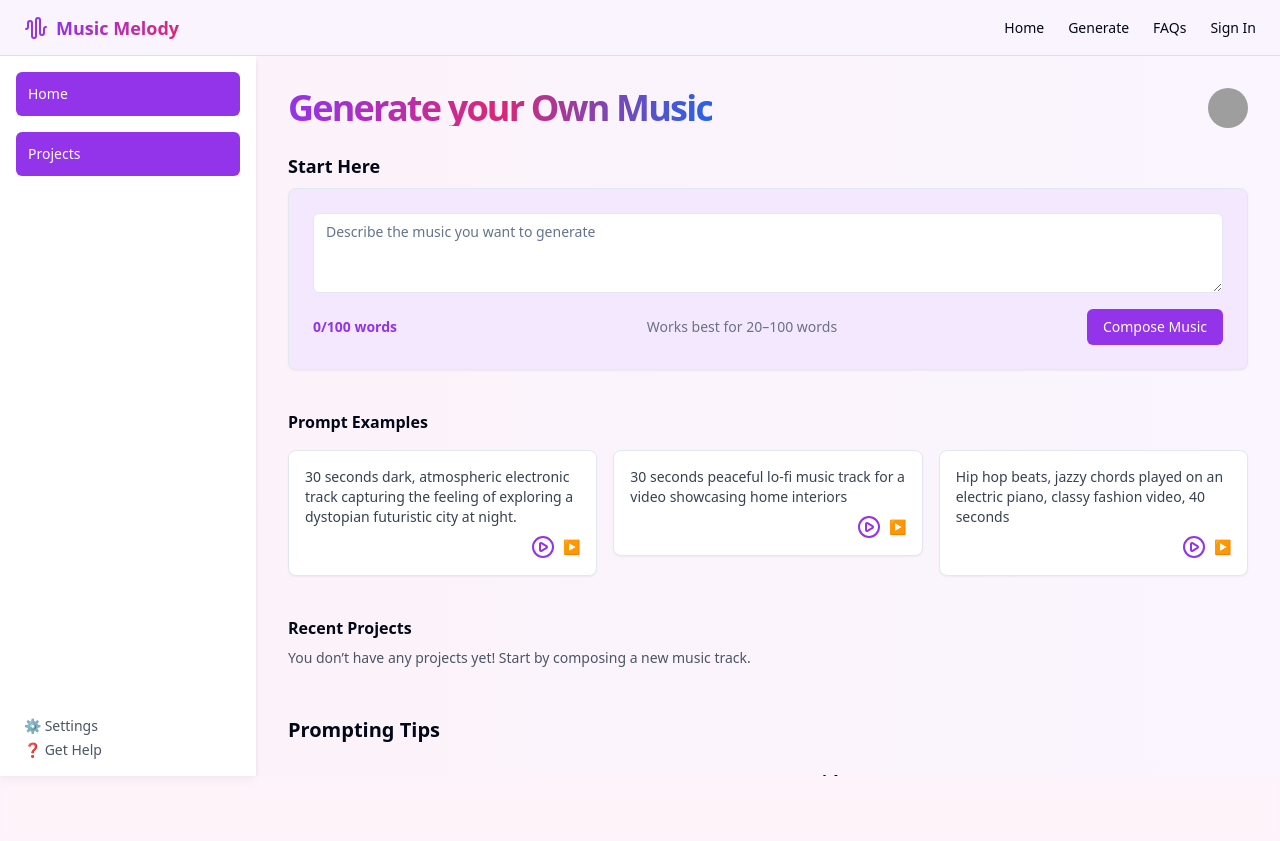
Repository: Aadityakesarwani/musicMelody
Page: /MusicMelodyUI
The author's editor kept a copy of each file at every save. The page is drawn from the files as they stood at one save, then again after the next save.
The browser window is 1280 px wide. The pictures show the whole page.
Pictures or frames that could not be fetched are drawn as grey boxes. An inner scrolling area shows only its first screen. The project was rebuilt for these pictures with package versions that can differ from the ones it lists, and the page was loaded fresh each time. Also part of the build but not shown: vite.config.js, src/components/ui/accordion.jsx, src/components/Faq.jsx, src/components/Hero.jsx, src/components/HowItWorks.jsx, src/context/AuthContext.jsx, src/components/SignIn.jsx, src/components/MusicSection.jsx and 7 more. Imported but missing from the stored project, and not drawn on this page: src/assets/1.mp4, src/assets/2.mp4, src/assets/3.mp4, src/assets/4.mp4, src/assets/5.mp4.

Above is the page before, as saved 2025-04-13 19:20:04.

### src/main.jsx
import './polyfills';
import React from 'react'
import ReactDOM from 'react-dom/client'
import App from './App'
import './index.css'

ReactDOM.createRoot(document.getElementById('root')).render(
  <React.StrictMode>
    <App />
  </React.StrictMode>,
)

### src/polyfills.js
// Add global polyfill for browser environment
if (typeof global === 'undefined') {
  window.global = window;
}

### src/App.jsx
import { BrowserRouter } from "react-router-dom";
import { Route, Routes } from "react-router-dom";

import FAQ from "./components/Faq";
import Footer from "./components/Footer";
import Header from "./components/Header";
import Hero from "./components/Hero";
import HowItWorks from "./components/HowItWorks";
import LoginSignUpPage from "./components/SignIn";
import MusicSection from "./components/MusicSection";
import MusicLandingPage from "./components/MusicLandingPage";
import MusicMelodyUI from "./components/MusicMelodyUI";
import CTA from "./components/Cta";
import ProjectDetails from "./components/ProjectDetails";
import Pricing from "./components/Pricing";
import TermsOfService from "./components/TermsOfService";
import Home from "./components/Home";

function App() {
  return (
    <BrowserRouter>
      <div className="flex flex-col min-h-screen bg-gradient-to-b from-purple-100 to-pink-100 dark:from-purple-900 dark:to-pink-900">
        <Header />
        <main className="flex-1">
          <Routes>
            <Route path="/LoginSignUpPage" element={<LoginSignUpPage />} />
            <Route path="/MusicLandingPage" element={<MusicLandingPage />} />
            <Route path="/MusicMelodyUI" element={<MusicMelodyUI />} />
            <Route path="/ProjectDetails" element={<ProjectDetails />} />
            <Route path="/Pricing" element={<Pricing />} />
            <Route path="/TermsOfService" element={<TermsOfService />} />
            <Route path="/Home" element={<Home />} />
            <Route
              path="/"
              element={
                <div className="flex flex-col gap-8">
                  <section id="hero">
                    <Hero />
                  </section>
                  <section id="music-section">
                    <MusicSection />
                  </section>
                  <section id="howitworks">
                    <HowItWorks />
                  </section>
                  <section id="faqs">
                    <FAQ />
                  </section>
                  <section id="cta">
                    <CTA />
                  </section>
                </div>
              }
            />
          </Routes>
        </main>
        <Footer />
      </div>
    </BrowserRouter>
  );
}

export default App;

### src/components/Footer.jsx
import React from 'react';
import { Link } from 'react-router-dom'; // Import Link from react-router-dom

export default function Footer() {
  return (
    <footer className="flex flex-col gap-2 sm:flex-row py-6 w-full shrink-0 items-center px-4 md:px-6 border-t bg-white/50 backdrop-blur-sm dark:bg-gray-800/50">
      <p className="text-xs text-gray-600 dark:text-gray-400">
        © {new Date().getFullYear()} Music Melody. All rights reserved.
      </p>
      <nav className="sm:ml-auto flex gap-4 sm:gap-6">
        {/* Link to the Terms of Service page */}
        <Link
          className="text-xs hover:underline underline-offset-4 text-gray-600 hover:text-purple-600 dark:text-gray-400 dark:hover:text-purple-400"
          to="/TermsOfService" // Use the path you defined for Terms of Service in your router
        >
          Terms of Service
        </Link>
        <Link
          className="text-xs hover:underline underline-offset-4 text-gray-600 hover:text-purple-600 dark:text-gray-400 dark:hover:text-purple-400"
          to="/Privacy" // Use the path you defined for Privacy Policy in your router
        >
          Privacy
        </Link>
      </nav>
    </footer>
  );
}

### src/components/Header.jsx
import { AudioWaveform, Menu, X } from "lucide-react";
import { Link, useLocation } from "react-router-dom";
import { useState } from "react";

export default function Header() {
  const location = useLocation();
  const [isMenuOpen, setIsMenuOpen] = useState(false);

  const scrollToSection = (sectionId) => {
    if (location.pathname === '/') {
      const element = document.getElementById(sectionId);
      if (element) {
        element.scrollIntoView({ behavior: 'smooth' });
      }
    }
    setIsMenuOpen(false);
  };

  return (
    <header className="sticky top-0 z-50 px-4 lg:px-6 h-14 flex items-center border-b border-purple-200 dark:border-purple-800 bg-white/50 backdrop-blur-sm dark:bg-gray-800/50">
      <Link
        to="/"
        onClick={() => scrollToSection('hero')}
        className="flex items-center justify-center"
      >
        <AudioWaveform className="h-6 w-6 text-purple-600 dark:text-purple-400" />
        <span className="ml-2 text-lg font-bold bg-clip-text text-transparent bg-gradient-to-r from-purple-600 to-pink-600 dark:from-purple-400 dark:to-pink-400">
          Music Melody
        </span>
      </Link>

      {/* Hamburger Menu */}
      <button
        onClick={() => setIsMenuOpen(!isMenuOpen)}
        className="ml-auto md:hidden"
      >
        {isMenuOpen ? (
          <X className="h-6 w-6 text-purple-600 dark:text-purple-400" />
        ) : (
          <Menu className="h-6 w-6 text-purple-600 dark:text-purple-400" />
        )}
      </button>

      {/* Desktop Navigation */}
      <nav className="ml-auto hidden md:flex gap-4 sm:gap-6">
        <Link
          to="/"
          onClick={() => scrollToSection('hero')}
          className="text-sm font-medium hover:text-purple-600 dark:hover:text-purple-400 transition-colors"
        >
          Home
        </Link>
        <Link
          to="/MusicLandingPage"
          className="text-sm font-medium hover:text-purple-600 dark:hover:text-purple-400 transition-colors"
        >
          Generate
        </Link>
        <Link
          to="/"
          onClick={() => scrollToSection('faqs')}
          className="text-sm font-medium hover:text-purple-600 dark:hover:text-purple-400 transition-colors"
        >
          FAQs
        </Link>
        <Link
          to="/LoginSignUpPage"
          className="text-sm font-medium hover:text-purple-600 dark:hover:text-purple-400 transition-colors"
        >
          Sign In
        </Link>
      </nav>

      {/* Mobile Navigation */}
      {isMenuOpen && (
        <div className="absolute top-14 left-0 right-0 bg-white dark:bg-gray-800 border-b border-purple-200 dark:border-purple-800 md:hidden">
          <nav className="flex flex-col p-4">
            <Link
              to="/"
              onClick={() => scrollToSection('hero')}
              className="py-2 text-sm font-medium hover:text-purple-600 dark:hover:text-purple-400 transition-colors"
            >
              Home
            </Link>
            <Link
              to="/"
              onClick={() => scrollToSection('generator')}
              className="py-2 text-sm font-medium hover:text-purple-600 dark:hover:text-purple-400 transition-colors"
            >
              Generate
            </Link>
            <Link
              to="/"
              onClick={() => scrollToSection('faqs')}
              className="py-2 text-sm font-medium hover:text-purple-600 dark:hover:text-purple-400 transition-colors"
            >
              FAQs
            </Link>
            <Link
              to="/LoginSignUpPage"
              className="py-2 text-sm font-medium hover:text-purple-600 dark:hover:text-purple-400 transition-colors"
            >
              Sign In
            </Link>
          </nav>
        </div>
      )}
    </header>
  );
}

### src/components/MusicMelodyUI.jsx
import { motion } from "framer-motion";
import { Button } from "./ui/button";
import { Link } from "react-router-dom";
import { Card } from "./ui/card";
import { Avatar, AvatarImage } from "./ui/avatar";
import { Textarea } from "./ui/textarea";
import { CirclePlay } from "lucide-react";

export default function MusicMelodyUI() {
  return (
    <div className="flex h-screen bg-gradient-to-r from-pink-50 to-purple-50">
      {/* Sidebar */}
      <aside className="w-1/5 p-4 bg-white shadow-md flex flex-col justify-between">
        <div>
          <nav className="space-y-2">
            <Link to="/MusicLandingPage">
              <Button variant="default" className="w-full justify-start bg-purple-600 hover:bg-purple-700 text-white px-3 py-3 mb-4">
                Home
              </Button>
            </Link>
            <Link to="/ProjectDetails">
              <Button variant="outline" className="w-full justify-start bg-purple-600 hover:bg-purple-700 text-white px-3 py-3">
                Projects
              </Button>
            </Link>
          </nav>
        </div>
        <div className="space-y-1 text-sm text-gray-600 pl-2">
          <div className="cursor-pointer">⚙️ Settings</div>
          <div className="cursor-pointer">❓ Get Help</div>
        </div>
      </aside>

      {/* Main Content */}
      <main className="flex-1 p-8 overflow-auto">
        {/* Header */}
        <motion.header
          initial={{ opacity: 0 }}
          animate={{ opacity: 1 }}
          transition={{ duration: 0.5 }}
          className="flex justify-between items-center"
        >
          <h1 className="text-2xl font-bold tracking-tighter sm:text-2xl md:text-2xl lg:text-4xl/none bg-clip-text text-transparent
           bg-gradient-to-r from-purple-600 via-pink-600 to-blue-600 dark:from-purple-400
           dark:via-pink-400 dark:to-blue-400">
            Generate your Own Music
          </h1>
          <Avatar>
            <AvatarImage src="https://github.com/shadcn.png" alt="User avatar" />
          </Avatar>
        </motion.header>

        {/* Input Section */}
        <section className="mt-6">
          <h2 className="text-lg font-semibold mb-2">Start Here</h2>
          <Card className="p-6 bg-purple-100">
            <Textarea
              placeholder="Describe the music you want to generate"
              className="bg-white mb-4"
            />
            <div className="flex justify-between items-center text-sm">
              <span className="text-purple-600 font-bold">0/100 words</span>
              <span className="text-gray-500">Works best for 20–100 words</span>
              <Link to="/home">
                <Button variant="default" className="bg-purple-600 hover:bg-purple-700 text-white px-4 py-2">Compose Music</Button>
              </Link>
            </div>
          </Card>
        </section>

        {/* Prompt Examples */}
        <section className="mt-10">
          <h3 className="text-md font-semibold mb-4">Prompt Examples</h3>
          <div className="grid grid-cols-1 md:grid-cols-3 gap-4">
            {[
              "30 seconds dark, atmospheric electronic track capturing the feeling of exploring a dystopian futuristic city at night.",
              "30 seconds peaceful lo-fi music track for a video showcasing home interiors",
              "Hip hop beats, jazzy chords played on an electric piano, classy fashion video, 40 seconds"
            ].map((prompt, index) => (
              <motion.div
                key={index}
                initial={{ opacity: 0 }}
                animate={{ opacity: 1 }}
                transition={{ duration: 0.5, delay: index * 0.1 }}
              >
                <Card className="p-4">
                  <p className="text-sm text-gray-700">{prompt}</p>
                  <div className="flex justify-end mt-2 gap-2">
                    <CirclePlay className="cursor-pointer text-purple-600" />
                    <Button variant="ghost" size="icon">▶</Button>
                  </div>
                </Card>
              </motion.div>
            ))}
          </div>
        </section>

        {/* Recent Projects */}
        <section className="mt-10">
          <h3 className="text-md font-semibold mb-2">Recent Projects</h3>
          <p className="text-sm text-gray-600">
            You don’t have any projects yet! Start by composing a new music track.
          </p>
        </section>

        {/* Prompting Tips Section */}
        <section className="mt-12">
          <h3 className="text-xl font-bold mb-6">Prompting Tips</h3>
          <div className="grid grid-cols-1 md:grid-cols-2 gap-10">
            {/* Use Column */}
            <div>
              <h4 className="text-lg font-semibold mb-4">Use</h4>
              <ul className="space-y-4 text-gray-700">
                <li>✅ Genre, mood, instrument, duration (10s to 15 minutes), or tempo in any combination.</li>
                <li>✅ Genre like ambient, cinematic, lo-fi, electronic, rock, hio-hop for best results.</li>
                <li>✅ Keywords to mention the intended use (e.g., podcast, game)</li>
                <li>✅ Descriptive adjectives (e.g., dreamy, energetic) for tailored outputs.</li>
              </ul>
            </div>

            {/* Avoid Column */}
            <div>
              <h4 className="text-lg font-semibold mb-4">Avoid</h4>
              <ul className="space-y-4 text-gray-700">
                <li>❌ Vague prompts; be specific.</li>
                <li>❌ Musical terms like keys, scales, or time signatures.</li>
                <li>❌ Asking for vocals, sounds effective or foiey.</li>
                <li>❌ Including lyrics or scripts in prompts.</li>
              </ul>
            </div>
          </div>
          <p className="mt-8 text-sm text-center font-medium text-gray-800">
            want to read more? get the full guide here
          </p>
        </section>
      </main>
    </div>
  );
}

### src/components/ui/button.jsx
import * as React from "react";
import { Slot } from "@radix-ui/react-slot";
import { cn } from "../../lib/utils";

const Button = React.forwardRef(
  // eslint-disable-next-line react/prop-types
  ({ className, asChild = false, ...props }, ref) => {
    const Comp = asChild ? Slot : "button";
    return (
      <Comp
        className={cn(
          "inline-flex items-center justify-center whitespace-nowrap rounded-md text-sm font-medium transition-colors focus-visible:outline-none focus-visible:ring-1 focus-visible:ring-ring disabled:pointer-events-none disabled:opacity-50",
          className
        )}
        ref={ref}
        {...props}
      />
    );
  }
);

Button.displayName = "Button";

export { Button };

### src/components/ui/card.jsx
import * as React from "react";
import PropTypes from "prop-types"; // Import PropTypes for validation
import { cn } from "../../lib/utils";

const Card = React.forwardRef(({ className, ...props }, ref) => (
  <div
    ref={ref}
    className={cn(
      "rounded-lg border bg-card text-card-foreground shadow-sm",
      className
    )}
    {...props}
  />
));
Card.displayName = "Card";

// PropType validation
Card.propTypes = {
  className: PropTypes.string,
  children: PropTypes.node,
};

const CardHeader = React.forwardRef(({ className, ...props }, ref) => (
  <div
    ref={ref}
    className={cn("flex flex-col space-y-1.5 p-6", className)}
    {...props}
  />
));
CardHeader.displayName = "CardHeader";

// PropType validation
CardHeader.propTypes = {
  className: PropTypes.string,
  children: PropTypes.node,
};

const CardTitle = React.forwardRef(({ className, ...props }, ref) => (
  <h3
    ref={ref}
    className={cn(
      "text-2xl font-semibold leading-none tracking-tight",
      className
    )}
    {...props}
  />
));
CardTitle.displayName = "CardTitle";

// PropType validation
CardTitle.propTypes = {
  className: PropTypes.string,
  children: PropTypes.node,
};

const CardDescription = React.forwardRef(({ className, ...props }, ref) => (
  <p
    ref={ref}
    className={cn("text-sm text-muted-foreground", className)}
    {...props}
  />
));
CardDescription.displayName = "CardDescription";

// PropType validation
CardDescription.propTypes = {
  className: PropTypes.string,
  children: PropTypes.node,
};

const CardContent = React.forwardRef(({ className, ...props }, ref) => (
  <div ref={ref} className={cn("p-6 pt-0", className)} {...props} />
));
CardContent.displayName = "CardContent";

// PropType validation
CardContent.propTypes = {
  className: PropTypes.string,
  children: PropTypes.node,
};

const CardFooter = React.forwardRef(({ className, ...props }, ref) => (
  <div
    ref={ref}
    className={cn("flex items-center p-6 pt-0", className)}
    {...props}
  />
));
CardFooter.displayName = "CardFooter";

// PropType validation
CardFooter.propTypes = {
  className: PropTypes.string,
  children: PropTypes.node,
};

export { Card, CardHeader, CardFooter, CardTitle, CardDescription, CardContent };

### src/components/ui/avatar.jsx
import * as React from "react";
import PropTypes from "prop-types"; // For prop validation
import { cn } from "../../lib/utils"; // Utility for classNames

const Avatar = React.forwardRef(({ className, ...props }, ref) => (
  <div
    ref={ref}
    className={cn(
      "relative flex h-10 w-10 shrink-0 overflow-hidden rounded-full",
      className
    )}
    {...props}
  />
));
Avatar.displayName = "Avatar";

Avatar.propTypes = {
  className: PropTypes.string,
  children: PropTypes.node,
};

const AvatarImage = React.forwardRef(({ className, ...props }, ref) => (
  <img
    ref={ref}
    className={cn("aspect-square h-full w-full", className)}
    {...props}
  />
));
AvatarImage.displayName = "AvatarImage";

AvatarImage.propTypes = {
  className: PropTypes.string,
  src: PropTypes.string.isRequired,
  alt: PropTypes.string,
};

export { Avatar, AvatarImage };

### src/components/ui/textarea.jsx
import * as React from "react";
import { cn } from "../../lib/utils";

// eslint-disable-next-line react/prop-types
const Textarea = React.forwardRef(({ className, ...props }, ref) => {
  return (
    <textarea
      className={cn(
        "flex min-h-[80px] w-full rounded-md border border-input bg-background px-3 py-2 text-sm ring-offset-background placeholder:text-muted-foreground focus-visible:outline-none focus-visible:ring-2 focus-visible:ring-ring focus-visible:ring-offset-2 disabled:cursor-not-allowed disabled:opacity-50",
        className
      )}
      ref={ref}
      {...props}
    />
  );
});

Textarea.displayName = "Textarea";

export { Textarea };

### tailwind.config.js
/** @type {import('tailwindcss').Config} */
export default {
  darkMode: ["class"],
  content: [
    "./index.html",
    "./src/**/*.{js,ts,jsx,tsx}",
  ],
  theme: {
    container: {
      center: true,
      padding: "2rem",
      screens: {
        "2xl": "1400px",
      },
    },
    extend: {
      colors: {
        border: "hsl(var(--border))",
        input: "hsl(var(--input))",
        ring: "hsl(var(--ring))",
        background: "hsl(var(--background))",
        foreground: "hsl(var(--foreground))",
        primary: {
          DEFAULT: "hsl(var(--primary))",
          foreground: "hsl(var(--primary-foreground))",
        },
        secondary: {
          DEFAULT: "hsl(var(--secondary))",
          foreground: "hsl(var(--secondary-foreground))",
        },
        destructive: {
          DEFAULT: "hsl(var(--destructive))",
          foreground: "hsl(var(--destructive-foreground))",
        },
        muted: {
          DEFAULT: "hsl(var(--muted))",
          foreground: "hsl(var(--muted-foreground))",
        },
        accent: {
          DEFAULT: "hsl(var(--accent))",
          foreground: "hsl(var(--accent-foreground))",
        },
        popover: {
          DEFAULT: "hsl(var(--popover))",
          foreground: "hsl(var(--popover-foreground))",
        },
        card: {
          DEFAULT: "hsl(var(--card))",
          foreground: "hsl(var(--card-foreground))",
        },
      },
      borderRadius: {
        lg: "var(--radius)",
        md: "calc(var(--radius) - 2px)",
        sm: "calc(var(--radius) - 4px)",
      },
      keyframes: {
        "accordion-down": {
          from: { height: 0 },
          to: { height: "var(--radix-accordion-content-height)" },
        },
        "accordion-up": {
          from: { height: "var(--radix-accordion-content-height)" },
          to: { height: 0 },
        },
      },
      animation: {
        "accordion-down": "accordion-down 0.2s ease-out",
        "accordion-up": "accordion-up 0.2s ease-out",
      },
    },
  },
  plugins: [require("tailwindcss-animate")],
}

Loaded but not shown: index.html (common file); src/index.css (common file); src/lib/utils.js (common file)

After the next save:
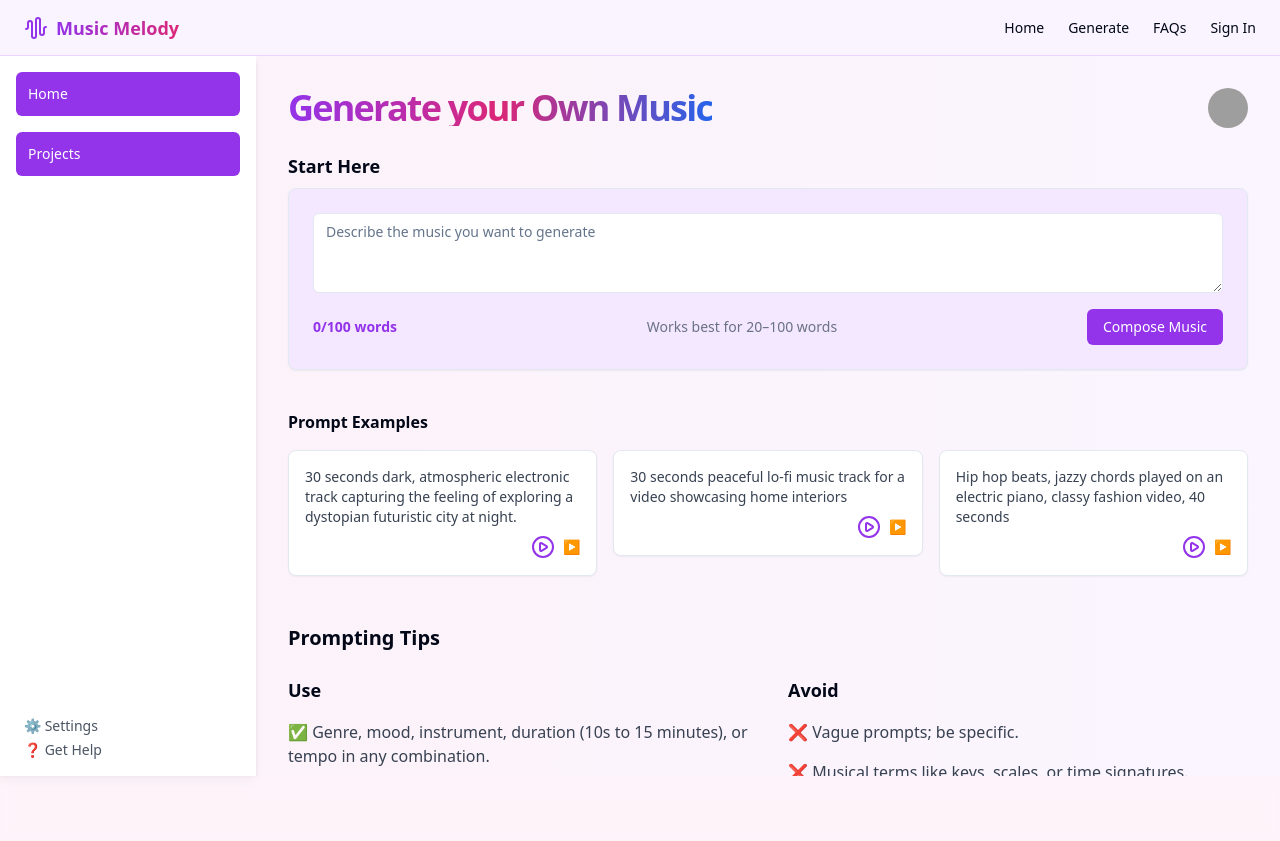
Saved 44 s later.
--- a/src/components/MusicMelodyUI.jsx
+++ b/src/components/MusicMelodyUI.jsx
@@ -95,14 +95,6 @@ export default function MusicMelodyUI() {
           </div>
         </section>
 
-        {/* Recent Projects */}
-        <section className="mt-10">
-          <h3 className="text-md font-semibold mb-2">Recent Projects</h3>
-          <p className="text-sm text-gray-600">
-            You don’t have any projects yet! Start by composing a new music track.
-          </p>
-        </section>
-
         {/* Prompting Tips Section */}
         <section className="mt-12">
           <h3 className="text-xl font-bold mb-6">Prompting Tips</h3>
